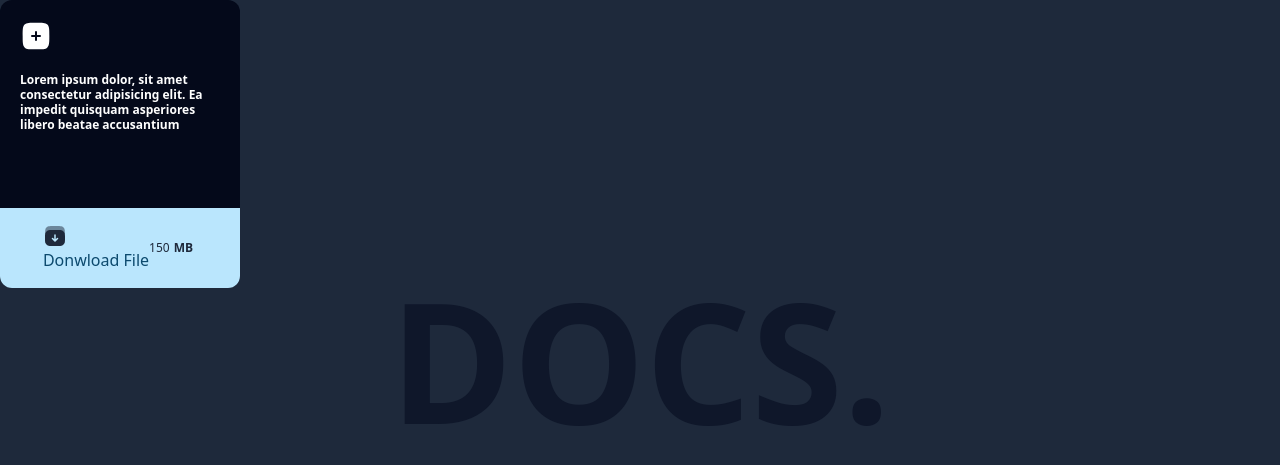
Repository: aliakbarmotallebi/framer-react
Page: /
These files come from the project's save history. The page is drawn as it stood at one moment and after the next save; the edit follows.
The browser window is 1280 px wide. The pictures show the whole page.
The project was rebuilt for these pictures with package versions that can differ from the ones it lists, and the page was loaded fresh each time.

Above is the page before, as saved 2024-08-14 22:32:38.

After the next save:
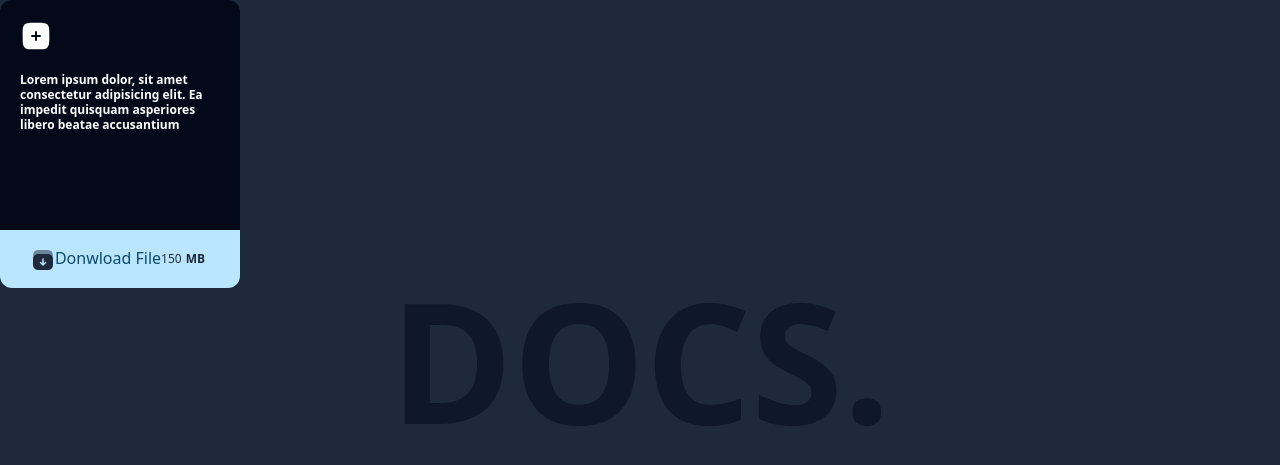
Saved 11 s later.
--- a/src/components/Card.jsx
+++ b/src/components/Card.jsx
@@ -13,7 +13,7 @@ class Card extends Component {
                     <button className="text-sky-900 p-2 font-medium">
                         <div className="flex justify-between items-center w-full px-2">
                            <div>
-                            <svg xmlns="http://www.w3.org/2000/svg" className="w-6 h-6 text-slate-800 " viewBox="0 0 24 24"><path fill="currentColor" d="M12 2c4.713 0 7.07 0 8.535 1.464c.757.758 1.123 1.754 1.3 3.192V10H2.164V6.656c.176-1.438.541-2.434 1.299-3.192C4.928 2 7.285 2 11.999 2" opacity="0.5"/><path fill="currentColor" fill-rule="evenodd" d="M2 14c0-2.8 0-4.2.545-5.27A5 5 0 0 1 4.73 6.545C5.8 6 7.2 6 10 6h4c2.8 0 4.2 0 5.27.545a5 5 0 0 1 2.185 2.185C22 9.8 22 11.2 22 14s0 4.2-.545 5.27a5 5 0 0 1-2.185 2.185C18.2 22 16.8 22 14 22h-4c-2.8 0-4.2 0-5.27-.545a5 5 0 0 1-2.185-2.185C2 18.2 2 16.8 2 14m10.75-3a.75.75 0 0 0-1.5 0v4.19l-1.22-1.22a.75.75 0 1 0-1.06 1.06l2.5 2.5a.75.75 0 0 0 1.06 0l2.5-2.5a.75.75 0 1 0-1.06-1.06l-1.22 1.22z" clip-rule="evenodd"/></svg>
+                            <svg xmlns="http://www.w3.org/2000/svg" className="w-6 h-6 text-slate-800 inline" viewBox="0 0 24 24"><path fill="currentColor" d="M12 2c4.713 0 7.07 0 8.535 1.464c.757.758 1.123 1.754 1.3 3.192V10H2.164V6.656c.176-1.438.541-2.434 1.299-3.192C4.928 2 7.285 2 11.999 2" opacity="0.5"/><path fill="currentColor" fill-rule="evenodd" d="M2 14c0-2.8 0-4.2.545-5.27A5 5 0 0 1 4.73 6.545C5.8 6 7.2 6 10 6h4c2.8 0 4.2 0 5.27.545a5 5 0 0 1 2.185 2.185C22 9.8 22 11.2 22 14s0 4.2-.545 5.27a5 5 0 0 1-2.185 2.185C18.2 22 16.8 22 14 22h-4c-2.8 0-4.2 0-5.27-.545a5 5 0 0 1-2.185-2.185C2 18.2 2 16.8 2 14m10.75-3a.75.75 0 0 0-1.5 0v4.19l-1.22-1.22a.75.75 0 1 0-1.06 1.06l2.5 2.5a.75.75 0 0 0 1.06 0l2.5-2.5a.75.75 0 1 0-1.06-1.06l-1.22 1.22z" clip-rule="evenodd"/></svg>
                             Donwload File
                            </div>
                             <h5 className="text-slate-800 text-xs ml-auto">
